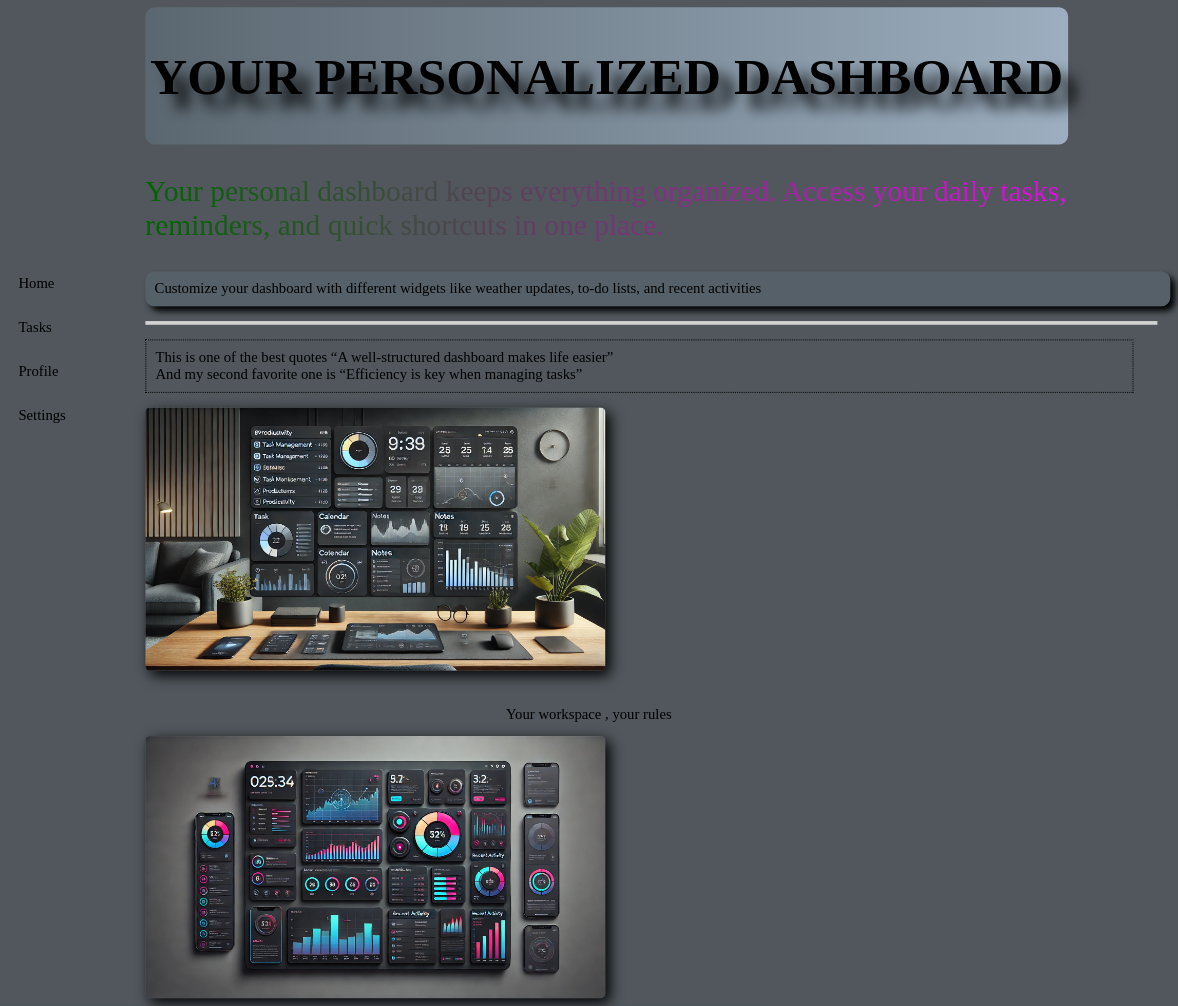
Repository: Parnicoza/testecomplete
Page: testcomplet-14.html
The author's editor kept a copy of each file at every save. The page is drawn from the files as they stood at one save, then again after the next save.
The browser window is 1280 px wide. The pictures show the whole page, at 92% of full size.

Above is the page before, as saved 2025-02-26 14:59:20.

After the next save:
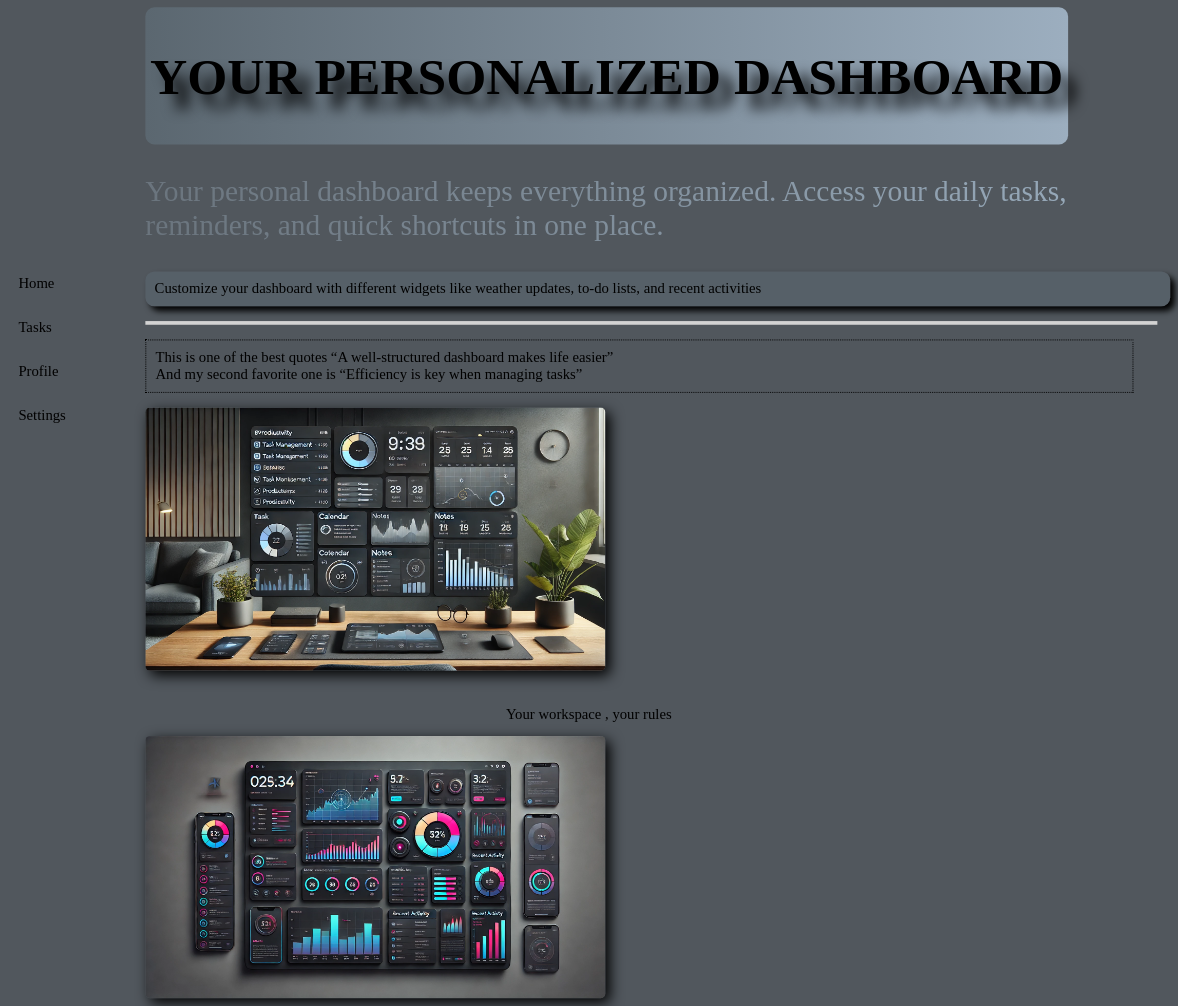
Saved 115 s later.
--- a/stilizaretestcomplet-14.css
+++ b/stilizaretestcomplet-14.css
@@ -20,7 +20,7 @@ body{
 }
 
 .paragraph-gradient{
-    background: linear-gradient(to right, darkgreen, magenta);
+    background: linear-gradient(to right, #6A747D, #9BAEBF);
     background-clip: text;
     color: transparent;
     font-size: 2em;
